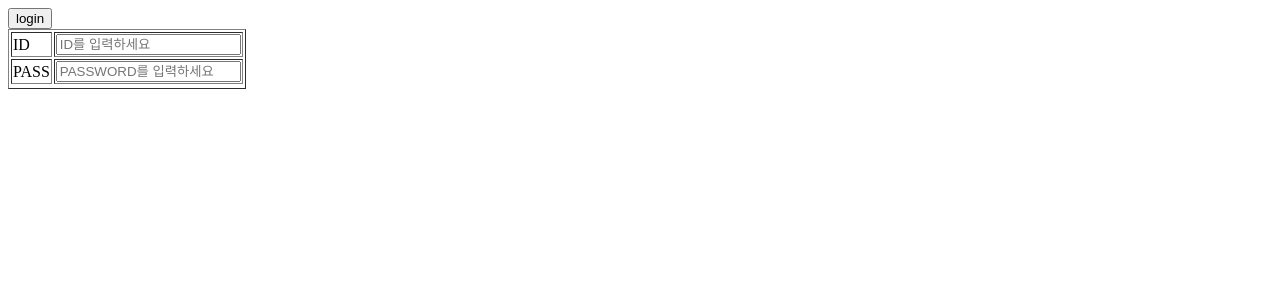
Repository: kdh4357065/3_highjava
Page: http://localhost/webTest/basic/session/sessionLogin.jsp
The author's editor kept a copy of each file at every save. The page is drawn from the files as they stood at one save, then again after the next save.
The browser window is 1280 px wide. The pictures show the whole page.
The page is served by Tomcat 9.

Above is the page before, as saved 2023-03-30 03:37:09.

After the next save:
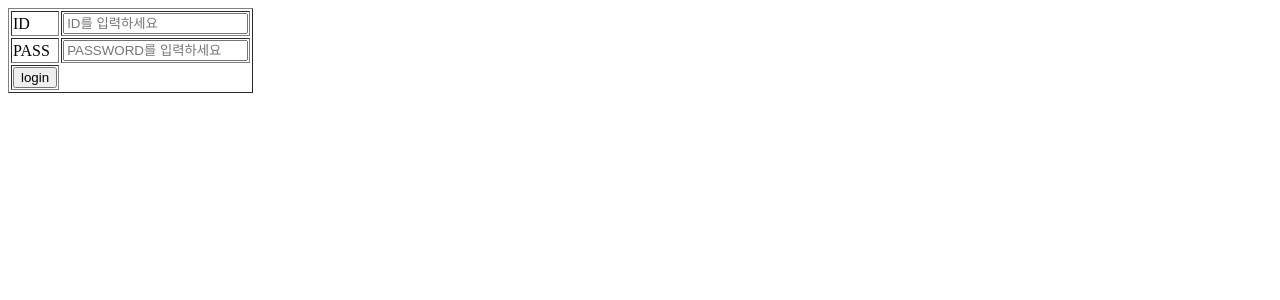
Saved 25 s later.
--- a/WorkSpace/webTest/src/main/webapp/basic/session/sessionLogin.jsp
+++ b/WorkSpace/webTest/src/main/webapp/basic/session/sessionLogin.jsp
@@ -20,7 +20,7 @@
 </tr>
 
 <tr>
-	<input type="button" value="login">
+	<td><input type="button" value="login"></td>
 </tr>
 
 </table>
